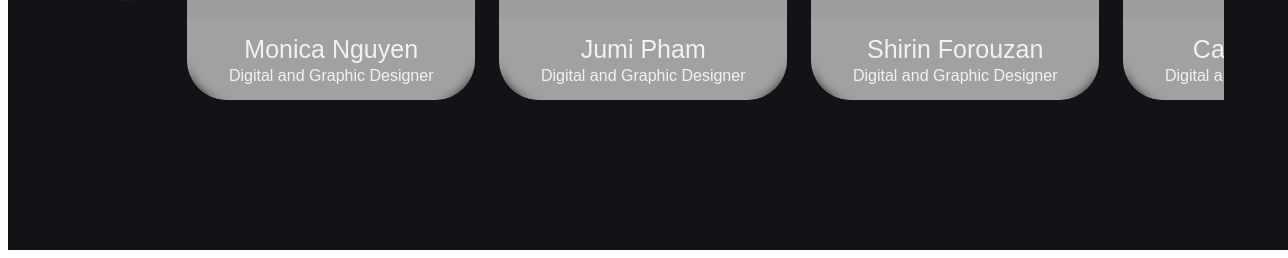
Repository: MonicaNguyenH/Beep_Landing_Page
Page: /
An editor plug-in stored every save of this project. The page is shown before and after the next save, followed by the edit.
The browser window is 1280 px wide. The page is 1288 px wide, so the pictures cover 1288 px, including what lies to the right of the window. The pictures show the part of the page from y = 3781 to 4733 px (the page is 4039 px tall before and 5418 px after).
Pictures or frames that could not be fetched are drawn as grey boxes. The project was rebuilt for these pictures with package versions that can differ from the ones it lists, and the page was loaded fresh each time. The framework's server and built-in components were replaced by stand-ins that run in the browser. Also part of the build but not shown: next.config.mjs, components/NavBar/NavBar.module.css.

Above is the page before, as saved 2024-11-25 11:24:07.

### src/app/page.js
import styles from "./styles/index.css"
import NavBar from "../../components/NavBar";
import ImgBtn from "../../components/ImgBtn";
import OurTeam from "../../components/OurTeam";

export default function Home() {
  return (
    <>
      <main className="main">
        <NavBar />
        <header className="header-container">
          <h1>Our Safety, Empowered: Real-Time Crime Maps & Emergency Tools</h1>
          <p>Beep combines smart technology and real-time data to help you navigate your world with confidence</p>
          <button className="get-started-btn">Get Started →</button>
        </header>

        <div className="pull-p">
          <p className="big-text">Our team of <span className="text-grey">full-stack</span> <span className="text-purple">developers</span>,
            and  <span className="text-grey">digital</span> <span className="text-purple">designers</span> work tirelessly to create tools that keep you <span className="text-grey">informed</span>, <span className="text-grey">protected</span>, and <span className="text-grey">empowered</span>
            <span className="text-purple"> every step of the way</span>.
          </p>
          <p className="small-text">We provide reliable tools and features designed to ensure your safety and peace of mind every step of the way.</p>
        </div>

        <div className="offer-imgs">
          <img src="/WhatWeOffer/UserAssurance.png" alt="User Assurance"/>
          <img src="/WhatWeOffer/SimplifiedSafetyActions.png" alt="Simplified Safety Actions"/>
          <img src="/WhatWeOffer/TrustandTransparency.png" alt="Trust and Transparency"/>
        </div>

        <div>
          <ImgBtn />
        </div>

        <div className="download-container">
          <div className="download-text">
            <h1>Download Beep App</h1>
            <p>
              Beep is a cutting-edge safety app designed to provide real-time insights and tools to keep you secure.
              Perfect for anyone prioritizing personal safety,
              Beep combines AI-powered navigation with intuitive features to help you stay aware and protected.
              Whether it's navigating safely at night, responding swiftly to emergencies,
              or finding secure nearby locations, Beep is your ultimate companion for peace of mind.
            </p>
            <button className="get-started-btn">Get Started →</button>
          </div>
          <div className="download-img">
            <img src="/Download/phone-mockup.png" alt="Phone mockup map screen" />
          </div>
        </div>

        <div className="our-team">
            <OurTeam />
        </div>

        <footer>

        </footer>
      </main>
    </>
  );
}

### src/app/globals.css
/* @tailwind base;
@tailwind components;
@tailwind utilities; */

@font-face {
  font-family: 'Switzer';
  src: url('fonts/Switzer-Variable.ttf') format('ttf'),
       url('fonts/Switzer-VariableItalic.ttf') format('ttf');
}

:root {
  --background: #ffffff;
  --foreground: #171717;

  /* Colors */
  --white: #F4F0F1;
  --black: #141216;
  --nav-black: rgba(29, 27, 30, 0.9);
  --purple: #651FD7;
  --pink: #F7185B;
  --neu-grey: #ADADAD;

  /* Fonts */
  --reg-16: 16px 'Switzer', sans-serif;
  --bold-16: bold 16px 'Switzer', sans-serif;
  --reg-25: 25px 'Switzer', sans-serif;
  --reg-30: 30px 'Switzer', sans-serif;
  --bold-40: bold 40px 'Switzer', sans-serif;
  --reg-40: 40px 'Switzer', sans-serif;
  --reg-50: 50px 'Switzer', sans-serif;
  --bold-50: bold 50px 'Switzer', sans-serif;
  --bold-60: bold 60px 'Switzer', sans-serif;
  --bold-80: bold 80px 'Switzer', sans-serif;
}

@media (prefers-color-scheme: dark) {
  :root {
    --background: #0a0a0a;
    --foreground: #ededed;
  }
}

body {
  color: var(--foreground);
  background: var(--background);
  font-family: Arial, Helvetica, sans-serif;
}

### src/app/styles/index.css
.main {
    background-color: var(--black);
    min-height: 100vh;
    min-width: 100vw;

    display: flex;
    flex-direction: column;
    align-items: center;

    color: var(--white);
}

/* Nav Bar */
.nav-container {
    width: 85vw;
    height: 50px;
    flex-shrink: 1;

    border-radius: 50pt;
    background: var(--nav-black);
    color: var(--white);

    display: flex;
    flex-direction: row;
    align-items: center;
    justify-content: space-between;
    padding: 25px 50px;
    margin: 20px auto;
}

.navLinks {
    color: var(--white);
    list-style: none;
    display: flex;
    gap: 5em; /* Spacing between links */
}

.navLinks a {
    text-decoration: none;
    color: var(--white);
    font-weight: bold;
    transition: color 0.3s;
    font: var(--reg-16);
    cursor: pointer;
}

/* Header */
.header-container {
    display: flex;
    flex-direction: column;
    justify-content: center;
    align-items: center;
    width: 45%;
    text-align: center;
    gap: 2rem;
    margin: 150px auto;
}

.header-container h1 {
    font: var(--reg-50);
}

.header-container p {
    font: var(--reg-16);
    width: 70%;
}

.get-started-btn {
    background-color: var(--purple);
    color: var(--white);
    width: 290px;
    height: 60px;
    border-radius: 50px;
    border: 0;
}

.header-container h1, p, button {
    margin: 0;
}

/* Pull Text */
.pull-p {
    text-align: center;
    width: 83%;
    display: flex;
    flex-direction: column;
    align-items: center;
    margin: 0 auto 100px;
}

.big-text {
    font: var(--reg-50);
}

.small-text {
    color: var(--neu-grey);
    font: var(--reg-16);
    width: 50%;
    margin: 1em 0;
}

.text-grey {
    color: var(--neu-grey);
}

.text-purple {
    color: var(--purple);
}

/* What We Offer */
.offer-imgs {
    display: flex;
    text-align: center;
    flex-wrap: wrap;
    flex-direction: row;
    justify-content: center;
    align-items: center;
    gap: 5em;
}

.offer-imgs img {
    width: 25%;
    height: auto;
}

/* Img Btn */
.img-btn-container {
    background-color: var(--nav-black);
    width: 73%;
    height: auto;
    margin: 150px auto;
    padding: 90px;
    display: flex;
    flex-direction: column;
    align-items: center;
    justify-content: center;
    border-radius: 40px;
    border: 2px solid var(--white);
}

.heading {
    text-align: center;
    font: var(--reg-50);
    margin: 0;
}

.description {
    text-align: center;
    font: var(--reg-16);
    color: var(--neu-grey);
    margin: 1em 0;
}

.layout {
    display: flex;
    flex-direction: row;
}

.step-1,
.step-2,
.button-group-1,
.button-group-2 {
    display: flex;
    flex-direction: column;
    width: 95%;
}

.button-group-1 {
    align-items: flex-end;
}

.button-group-1,
.button-group-2 {
    justify-content: center;
    gap: 11em;
}

.step-title-1,
.step-description-1,
.step-number-1,
.active-number-1 {
    text-align: right;
    align-self: flex-end;
}

.step-title-2,
.step-description-2,
.step-number-2,
.active-number-2 {
    text-align: left;
    align-self: flex-start;
}

.step-number-1,
.step-number-2 {
    display: flex;
    justify-content: center;
    align-items: center;
    font: var(--reg-40);
    background-color: var(--white);
    color: var(--black);
    width: 80px;
    height: 80px;
    text-align: center;
    border-radius: 50px;
}

.active-number-1,
.active-number-2 {
    background-color: var(--purple);
    color: var(--white);
}

.image-container img {
    width: 300px;
    height: auto;
    margin: 50px 120px;
}

.step-title-1,
.step-title-2 {
    font: var(--reg-25);
    margin: 20px 0;
}

.step-description-1,
.step-description-2 {
    font: var(--reg-16);
}

/* Download Beep */
.download-container {
    position: relative;
    width: 84%;
    height: 500px;
    border-radius: 40px;
    background: url('/Download/bg.png') no-repeat center;
    background-size: cover; /* Scale the SVG to cover the div */

    display: flex;
    flex-direction: row;
    justify-content: center;
    align-items: center;
}

.download-text {
    display: flex;
    flex-direction: column;
    align-items: flex-start;
    margin: 7em 9em 7em 7em;
}

.download-text h1 {
    font: var(--reg-50);
    margin: 0;
}

.download-text p {
    font: var(--reg-16);
    margin: 1em 0 2.5em 0;
}

.download-img img {
    width: 95%;
    height: auto;
}

/* Our Team */
.teamSection {
    text-align: center;
    margin: 150px auto;
    display: flex;
    flex-direction: column;
    justify-content: center;
    align-items: center;
    width: 100vw;
}

.title {
    font: var(--reg-50);
    margin: 0;
}

.teamSection .description {
    width: 40%;
    margin-bottom: 50px;
}

.carousel {
    display: flex;
    align-items: center;
    justify-content: flex-end;
    position: relative;
    overflow: hidden;

    width: 90%;
}

.trackWrapper {
    overflow: hidden;
    width: 90%;
}

.track {
    display: flex;
    gap: 1.5rem;
    transition: transform 0.5s ease-in-out;
}

.card {
    position: relative;
    border-radius: 40px;
    overflow: hidden;
    width: 18em;
    height: 18em;
    text-align: center;
    flex-shrink: 0;
}

.image {
    width: 100%;
    height: 100%;
    object-fit: cover;
}

.info {
    position: absolute;
    background: rgba(173, 173, 173, 0.20);    ;
    z-index: 1;
    bottom: 0;
    width: 100%;
    padding: 15px 0;

    backdrop-filter: blur(5px); /* Blur effect */
  -webkit-backdrop-filter: blur(5px); /* Safari support */
}

.info h3 {
    font: var(--reg-25);
    margin: 0;
}

.info p {
    font: var(--reg-16);
    margin: 0.2em 0 0 0;
}

.arrow {
    width: 90px;
    height: 90px;
    font: var(--reg-30);
    background-color: rgba(173, 173, 173, 0.20);    ;
    border: none;
    border-radius: 50%;
    color: white;
    padding: 0.5rem;
    cursor: pointer;
    position: absolute;
    top: 50%;
    transform: translateY(-50%);
    z-index: 1;

    backdrop-filter: blur(5px); /* Blur effect */
  -webkit-backdrop-filter: blur(5px); /* Safari support */
}

.arrow:disabled {
    opacity: 0.4;
    cursor: not-allowed;
}

.leftArrow {
    left: 10px;
}

.rightArrow {
    right: 10px;
}

.arrow:hover {
    background-color: rgba(255, 255, 255, 0.4);
}

### components/NavBar/index.js
import styles from './NavBar.module.css';

export default function NavBar() {

    return (
        <>
            <main>
                <div className="nav-container">
                    <div className="logo-img">
                        <a href="/" className={styles.link}><img src="/Beep-logo.svg" alt="beep logo" width={50} height={50}/></a>
                    </div>
                    <div>
                        <ul className="navLinks">
                            <li><a href="/" className={styles.link}>Values</a></li>
                            <li><a href="/" className={styles.link}>How It Works</a></li>
                            <li><a href="/" className={styles.link}>FAQ</a></li>
                            <li><a href="/" className={styles.link}>Contacts</a></li>
                        </ul>
                    </div>
                </div>
            </main>
        </>
    );
}

### components/ImgBtn/index.js
"use client";

import { useState } from "react";

export default function ImgBtn() {
  const [activeScreen, setActiveScreen] = useState(1);

  const screens = [
    {
      id: 1,
      title: "Real-Time Crime Maps",
      description: "Stay informed with live updates on crime hotspots, helping you avoid unsafe areas and navigate confidently.",
      image: "/Mockup/Emergency.png",
    },
    {
      id: 2,
      title: "SOS Alarm Alert",
      description: "Activate a loud SOS alarm to deter threats and instantly alert emergency contacts.",
      image: "/Mockup/Emergency.png",
    },
    {
      id: 3,
      title: "Snapshot",
      description: "Snap enables users to pin media, document incidents, share with contacts, and access media history.",
      image: "/Mockup/Emergency.png",
    },
    {
      id: 4,
      title: "Instant Emergency SMS",
      description: "Instantly send an SMS alert with your live location to your emergency contacts.",
      image: "/Mockup/Emergency.png",
    },
  ];

  return (
    <div className="img-btn-container">
      <h1 className="heading">How Beep Works</h1>
      <p className="description">
        Explore how Beep’s powerful tools keep you safe, informed, and connected at all times.
      </p>

      <div className="layout">
        {/* Buttons 1 and 2 */}
        <div className="button-group-1">
          {screens.slice(0, 2).map((screen) => (
            <div
              key={screen.id}
              onClick={() => setActiveScreen(screen.id)}
              className="step-1"
            >
              <div
                className={`step-number-1 ${
                  activeScreen === screen.id ? "active-number-1" : ""
                }`}
              >
                {screen.id}
              </div>
              <div>
                <h3 className="step-title-1">{screen.title}</h3>
                <p className="step-description-1">{screen.description}</p>
              </div>
            </div>
          ))}
        </div>

        {/* Image in the middle */}
        <div className="image-container">
          {screens.map(
            (screen) =>
              activeScreen === screen.id && (
                <img
                  key={screen.id}
                  src={screen.image}
                  alt={screen.title}
                  className="image"
                />
              )
          )}
        </div>

        {/* Buttons 3 and 4 */}
        <div className="button-group-2">
          {screens.slice(2, 4).map((screen) => (
            <div
              key={screen.id}
              onClick={() => setActiveScreen(screen.id)}
              className="step-2"
            >
              <div
                className={`step-number-2 ${
                  activeScreen === screen.id ? "active-number-2" : ""
                }`}
              >
                {screen.id}
              </div>
              <div>
                <h3 className="step-title-2">{screen.title}</h3>
                <p className="step-description-2">{screen.description}</p>
              </div>
            </div>
          ))}
        </div>
      </div>
    </div>
  );
}

### components/OurTeam/index.js
"use client";

import React, { useState } from "react";

const OurTeam = () => {
  const teamMembers = [
    { name: "Monica Nguyen", role: "Digital and Graphic Designer", image: "/OurTeam/Mon/mon.png" },
    { name: "Jumi Pham", role: "Digital and Graphic Designer", image: "/OurTeam/Jumi/jumi.png" },
    { name: "Shirin Forouzan", role: "Digital and Graphic Designer", image: "/OurTeam/Shirin/shirin.png" },
    { name: "Callista Chan", role: "Digital and Graphic Designer", image: "/OurTeam/Cally/callista.png" },
    { name: "Dennis Liu", role: "Full Stack Web Developer", image: "/OurTeam/Dennis/denis.png" },
    { name: "Sol Kim", role: "Full Stack Web Developer", image: "/OurTeam/Sol/sol.png" },
    { name: "Christy Wan", role: "Full Stack Web Developer", image: "/OurTeam/Christy/christy.png" },
    { name: "Aless Wei", role: "Full Stack Web Developer", image: "/OurTeam/Aless/aless.png" },
  ];

  const [currentIndex, setCurrentIndex] = useState(0);

  const handleArrowClick = (direction) => {
    if (direction === "left" && currentIndex > 0) {
      setCurrentIndex(currentIndex - 1);
    } else if (direction === "right" && currentIndex < teamMembers.length - 1) {
      setCurrentIndex(currentIndex + 1);
    }
  };

  return (
    <section className="teamSection">
      <h2 className="title">Meet our team</h2>
      <p className="description">
        Meet the innovative BCIT's full-stack developers and digital designers
        who make up Beep's dedicated crew.
      </p>
      <div className="carousel">
        {/* Left Arrow */}
        <button
          className="arrow leftArrow"
          onClick={() => handleArrowClick("left")}
          disabled={currentIndex === 0}
        >
          ←
        </button>

        {/* Cards */}
        <div className="trackWrapper">
          <div
            className="track"
            style={{
              transform: `translateX(-${currentIndex * 100}%)`,
            }}
          >
            {teamMembers.map((member, index) => (
              <div className="card" key={index}>
                <img
                  src={member.image}
                  alt={member.name}
                  className="image"
                />
                <div className="info">
                  <h3>{member.name}</h3>
                  <p>{member.role}</p>
                </div>
              </div>
            ))}
          </div>
        </div>

        {/* Right Arrow */}
        <button
          className="arrow rightArrow"
          onClick={() => handleArrowClick("right")}
          disabled={currentIndex === teamMembers.length - 1}
        >
          →
        </button>
      </div>
    </section>
  );
};

export default OurTeam;

Loaded but not shown: src/app/layout.js (common file); tailwind.config.js (common file)

After the next save:
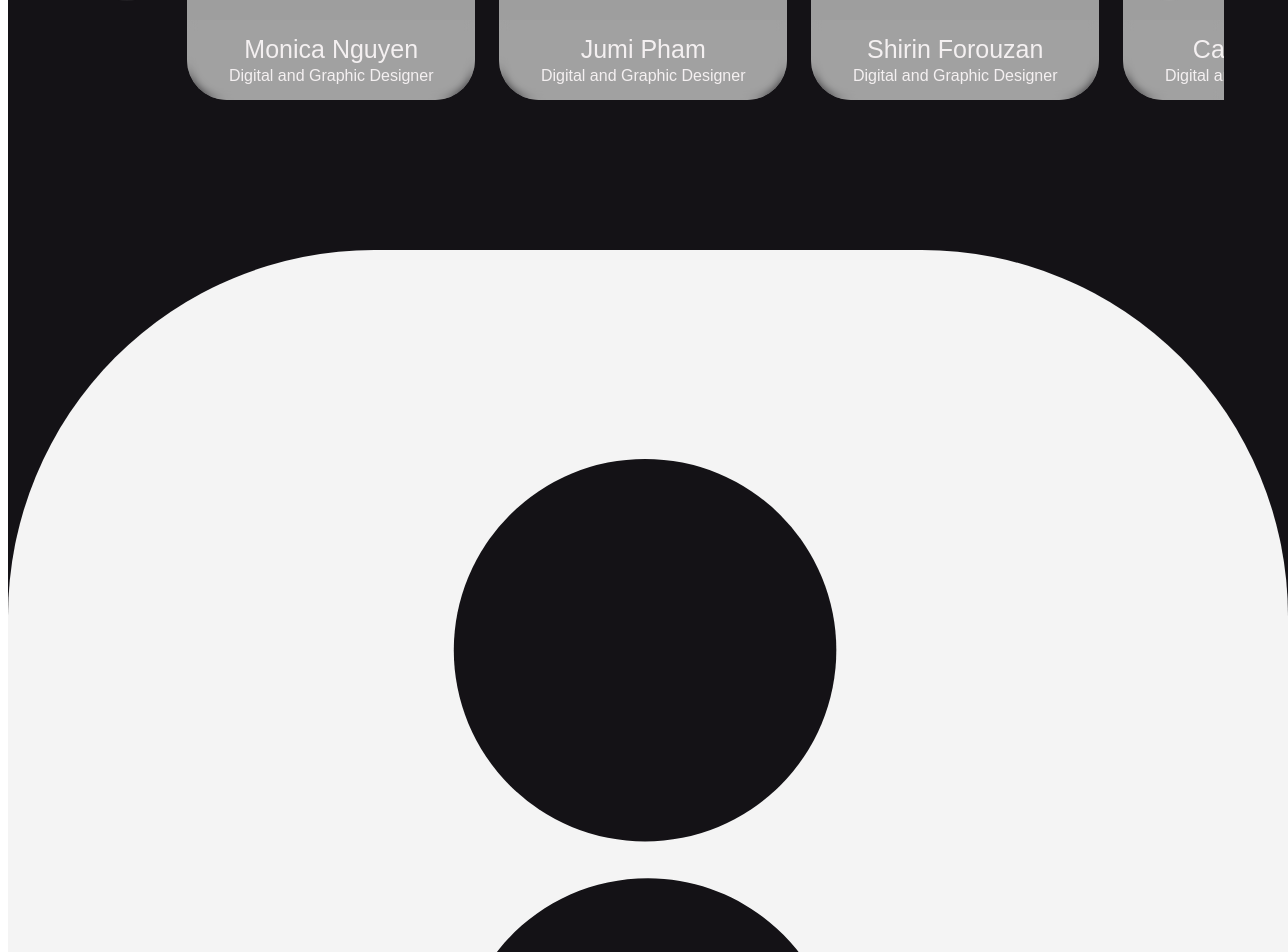
Saved 73 s later.
--- a/src/app/page.js
+++ b/src/app/page.js
@@ -54,7 +54,13 @@
         </div>
 
         <footer>
-
+          <div>
+            <img src="/Beep-logo.svg" alt="Beep logo"/>
+            <h5>Copyrights ® 2024 Beep</h5>
+            <p>We’re based in Vancouver, Canada where our journey to enhance safety first began.
+              As part of a passionate and innovative community
+              , we’re committed to creating tools that empower and protect every step of the way. </p>
+          </div>
         </footer>
       </main>
     </>
